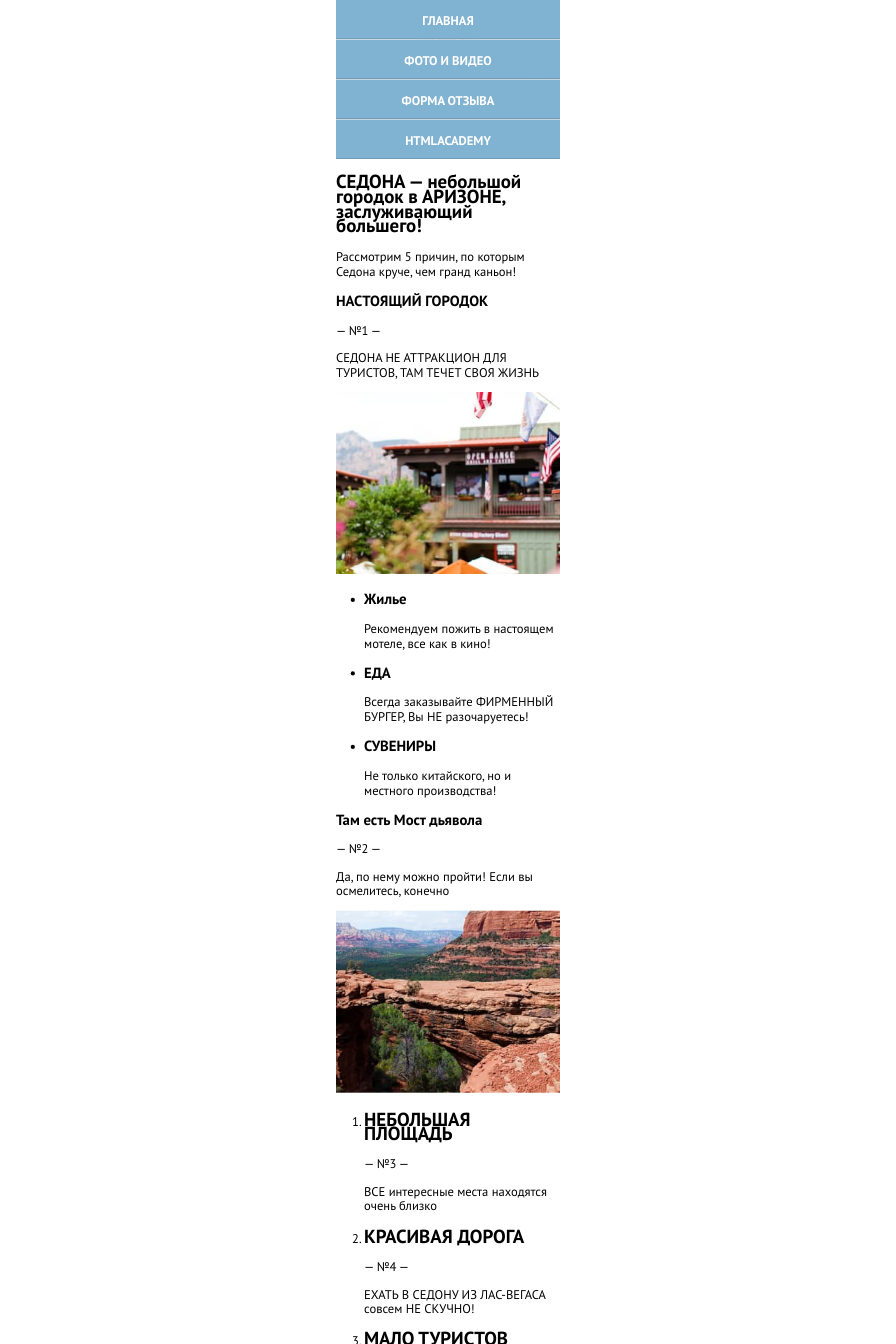
Repository: iKrekus/2149661-sedona-27
Page: source/index.html
An editor plug-in stored every save of this project. The page is shown before and after the next save, followed by the edit.
The browser window is 1280 px wide. The pictures show the part of the page from y = 0 to 1920 px (the page is 2666 px tall), at 70% of full size.
The style sheet was rebuilt from its Sass, Less or Tailwind sources for each picture, by a compiler version that may differ from the author's.

Above is the page before, as saved 2022-12-03 18:35:22.

### source/index.html
<!DOCTYPE html>
<html class="page" lang="ru">
  <head>
    <meta charset="utf-8">
    <link rel="stylesheet" href="css/style.css">
    <title>HTML Academy: Седона</title>
  </head>
<body class="page__body">
  <header class="main-header">
    <a class="main-header__logo">
      <img src="img/logos/logo.svg" width="185" height="96" alt="Логотип 'Седона'.">
    </a>
    <div class="main-nav">
      <button class="main-nav__toggle" type="button">
        <span class="visually-hidden">Меню</span>
        <svg width="23" height="22" viewBox="0 0 23 22" fill="none" xmlns="http://www.w3.org/2000/svg"><path d="M22.9 0H0v4h22.9V0ZM22.9 9H0v4h22.9V9ZM22.9 18H0v4h22.9v-4Z" fill="#81B3D2"/></svg>
      </button>
      <nav class="main-nav__wrapper main-nav__wrapper--hidden">
        <a class="main-nav__item main-nav__item--current" href="index.html">
          Главная
        </a>
        <a class="main-nav__item" href="catalog.html">
          Фото и видео
        </a>
        <a class="main-nav__item" href="form.html">
          Форма отзыва
        </a>
        <a class="main-nav__item" href="https://htmlacademy.ru/">
          HTMLACADEMY
        </a>
      </nav>
    </div>
  </header>
  <main class="main-container">
    <h1 class="visually-hidden">Поиск гостиниц в Седоне</h1>
    <div class="hero-wrapper">
      <section class="hero-block">
        <h2 class="hero-block__title">
          СЕДОНА — небольшой городок в АРИЗОНЕ, заслуживающий большего!
        </h2>
        <p class="hero-block__description">
          Рассмотрим 5 причин, по которым Седона круче, чем гранд каньон!
        </p>
      </section>
    </div>
    <section class="features">
        <h3 class="features__features-title">
          НАСТОЯЩИЙ ГОРОДОК
        </h3>
        <p class="features__features-divider">
          <!--Далее будет сделан через псевдоэлемент Или потом будет выводится, как номер пункта в списке, если переделать features в список-->
          — №1 —
        </p>
        <p class="features__features-title">
          СЕДОНА НЕ АТТРАКЦИОН ДЛЯ ТУРИСТОВ, ТАМ ТЕЧЕТ СВОЯ ЖИЗНЬ
        </p>
      <img src="img/photo/sedona-town-mobile.jpg" alt="Фото Города." width="320" height="260">
    </section>
    <section class="advantages">
      <ul class="advantages__list advantages__list--no-number">
        <li class="advantages__item">
          <h3 class="advantages__title">
            Жилье
          </h3>
          <p class="advantages__description">
            Рекомендуем пожить в настоящем мотеле, все как в кино!
          </p>
        </li>
        <li class="advantages__item">
          <h3 class="advantages__title">
            ЕДА
          </h3>
          <p class="advantages__description">
            Всегда заказывайте ФИРМЕННЫЙ БУРГЕР, Вы НЕ разочаруетесь!
          </p>
        </li>
        <li class="advantages__item">
          <h3 class="advantages__title">
            СУВЕНИРЫ
          </h3>
          <p class="advantages__description">
            Не только китайского, но и местного производства!
          </p>
        </li>
      </ul>
    </section>
    <section class="features">
        <h3 class="features__features-title">
          Там есть Мост дьявола
        </h3>
        <p class="features__features-divider">
          <!--Далее будет сделан через псевдоэлемент Или потом будет выводится, как номер пункта в списке, если переделать features в список-->
          — №2 —
        </p>
        <p class="features__features-title">
          Да, по нему можно пройти! Если вы осмелитесь, конечно
        </p>
      <img src="img/photo/devil-gridge-mobile.jpg" alt="Фото - 'Мост дьявола'." width="320" height="260">
    </section>
    <section class="advantages">
      <ol class="advantages__list">
        <li class="advantages__item">
          <h2 class="advantages__title">
            НЕБОЛЬШАЯ ПЛОЩАДЬ
          </h2>
          <p class="advantages__advantages-divider">
            <!--Далее будет сделан через псевдоэлемент Или потом будет выводится, как номер пункта в списке, если переделать features в список-->
            — №3 —
          </p>
          <p class="advantages__description">
            ВСЕ интересные места находятся очень близко
          </p>
        </li>
        <li class="advantages__item">
          <h2 class="advantages__title">
            КРАСИВАЯ ДОРОГА
          </h2>
          <p class="advantages__advantages-divider">
            <!--Далее будет сделан через псевдоэлемент Или потом будет выводится, как номер пункта в списке, если переделать features в список-->
            — №4 —
          </p>
          <p class="advantages__description">
            ЕХАТЬ В СЕДОНУ ИЗ ЛАС-ВЕГАСА совсем НЕ СКУЧНО!
          </p>
        </li>
        <li class="advantages__item">
          <h2 class="advantages__title">
            МАЛО ТУРИСТОВ
          </h2>
          <p class="advantages__advantages-divider">
            <!--Далее будет сделан через псевдоэлемент Или потом будет выводится, как номер пункта в списке, если переделать features в список-->
            — №5 —
          </p>
          <p class="advantages__description">
            Большинство едет в гранд каньони толпится там
          </p>
        </li>
      </ol>
    </section>
    <section class="action-form">
      <h2 class="action-form__title">Заинтересовались?</h2>
      <p class="action-form__description">Укажите предполагаемые даты поездки,<br>и мы покажем вам лучшие предложения гостиниц в Седоне</p>
      <a class="action-form__link button button-serch" href="#">Поиск гостиницы в седоне</a>
    </section>
    <div class="search-map">
      <img src="img/photo/map-mobile.jpg" alt="Карта." width="320" height="350">
    </div>
  </main>
  <footer class="main-footer">
    <p class="main-footer__title">
      #visitSEDONA
    </p>
      <div class="main-footer__social">
          <a class="main-footer__link button" href="https://vk.com/htmlacademy">
              <span class="visually-hidden">Вконтакте</span>
              <svg aria-hidden="true" focusable="false" width="24" height="14" fill="none" xmlns="http://www.w3.org/2000/svg">
                <path fill-rule="evenodd" clip-rule="evenodd" d="M24.116 1.804c.166-.546 0-.948-.795-.948h-2.625c-.668 0-.976.347-1.143.73 0 0-1.335 3.196-3.226 5.272-.612.602-.89.793-1.224.793-.167 0-.418-.19-.418-.738V1.804c0-.656-.184-.948-.74-.948H9.817c-.417
              0-.668.304-.668.593 0 .621.946.765 1.043 2.513V7.76c0 .833-.153.984-.487.984-.89 0-3.055-3.21-4.34-6.885-.249-.715-.5-1.003-1.172-1.003H1.566c-.75 0-.9.347-.9.73 0 .682.89 4.07 4.145 8.551 2.17 3.06 5.225 4.72 8.008 4.72 1.67 0 1.875-.369
              1.875-1.004V11.54c0-.737.158-.884.687-.884.39 0 1.057.192 2.615 1.667 1.78 1.75 2.073 2.533 3.075 2.533h2.625c.75 0 1.126-.368.91-1.096-.238-.724-1.088-1.775-2.215-3.022-.612-.71-1.53-1.475-1.809-1.858-.389-.49-.278-.71 0-1.147 0 0 3.2-4.426
              3.533-5.929h.001Z" fill="#83B3D3"/>
              </svg>
          </a>
          <a class="main-footer__link button" href="https://t.me/htmlacademy">
              <span class="visually-hidden">Телеграмм</span>
              <svg aria-hidden="true" focusable="false" width="18" height="16" fill="none" xmlns="http://www.w3.org/2000/svg">
                <path d="M16.79.96.84 7.1c-1.09.44-1.08 1.05-.2 1.32l4.1 1.28 9.47-5.98c.44-.27.85-.13.52.17l-7.68 6.93-.28 4.22c.41 0 .6-.2.83-.41l1.99-1.94 4.13 3.06c.77.42 1.31.2 1.5-.71l2.72-12.8c.28-1.1-.43-1.61-1.16-1.28Z" fill="#83B3D3"/>
              </svg>
          </a>
          <a class="main-footer__link button" href="https://www.youtube.com/user/htmlacademyru">
              <span class="visually-hidden">Youtube</span>
              <svg aria-hidden="true" focusable="false" width="22" height="17" fill="none" xmlns="http://www.w3.org/2000/svg">
                <path d="M18.94.356H3.507C1.647.356.333 1.95.333 3.756V13.85c0 1.913 1.314 3.506 3.174 3.506H19.16c1.642 0 3.174-1.593 3.174-3.4v-10.2c-.219-1.806-1.532-3.4-3.393-3.4ZM7.995 12.894V4.819l7.333 4.037-7.333 4.038Z" fill="#83B3D3"/>
              </svg>
          </a>
      </div>
      <div class="copyrirht-footer-wrapper">
        <div class="copyrirht-footer">
          <a class="copyrirht-footer__link" href="https://htmlacademy.ru/">
            <span class="copyrirht-footer__description">Разарботанно</span>
            <span class="visually-hidden">HTML Academy</span>
            <svg xmlns="http://www.w3.org/2000/svg" viewBox="0 0 60 60" width="27" height="34"><path fill="#000000" d="M30.2 5h-.2l-19.7 2.1v36.2l19.7 11.7 19.7-11.7v-36.2l-19.5-2.1zm17 36.8l-17.2 10.2-17.2-10.2v-14.8l17.1 10.2v1.8l-11.7-7v1.8l11.8 7.1v1.9l-11.8-7v1.8l11.8 7 11.9-7.1v-7.6l5.3-3.2v15.1zm-.1-17l-4.7 2.8-2.2 1.3-10.3-6.1v1.8l8.8 5.3h-.1l-.2.1-1.3.7-7.3-4.3v1.8l5.8 3.4-1.4.9-4.3-2.6v1.8l2.9 1.7-2.9 1.7-17-10.1 17-10.2 17.2 10zm.1-1.8l-17.3-10.2-17.1 10.2v-13.6l17.2-1.8 17.2 1.8v13.6z"/></svg>
          </a>
        </div>
      </div>
  </footer>
</body>
</html>

### source/sass/style.scss
// Начните писать стили здесь
@use "./blocks/header/main-header.scss";
@use "./blocks/header/main-container.scss";
@use "./blocks/header/main-nav.scss";

@font-face {
  font-family: "PT sans";
  src: url("../fonts/ptsans.woff") format("woof"), url("../fonts/ptsans.woff2") format("woff2");
  font-style: normal;
  font-weight: 400;
  font-display: swap;
}

@font-face {
  font-family: "PT sans";
  src: url("../fonts/ptsansbold.woff") format("woof"), url("../fonts/ptsansbold.woff2") format("woff2");
  font-style: normal;
  font-weight: 700;
  font-display: swap;
}

.page__body {
  font-family: "PT Sans", sans-serif;
  font-size: 18px;
  font-style: normal;
  font-weight: 400;
  line-height: 21px;
  display: -webkit-box;
  display: -ms-flexbox;
  display: flex;
  -webkit-box-orient: vertical;
  -webkit-box-direction: normal;
  -ms-flex-direction: column;
  flex-direction: column;
  min-height: 100%;
  width: 320px;
  margin: 0 auto;
}

.visually-hidden {
  position: absolute;
  width: 1px;
  height: 1px;
  margin: -1px;
  border: 0;
  padding: 0;
  white-space: nowrap;
  clip-path: inset(100%);
  clip: rect(0 0 0 0);
  overflow: hidden;
}

### source/sass/blocks/header/main-header.scss
.main-header {
  background-color: #ffffff;
  position: relative;
}

.main-header__logo {
  position: absolute;
  z-index: 1;
  left: 50%;
  transform: translateX(-50%);
}

/* .main-header__menu {
  width: 100%;
  min-height: 56px;
} */

### source/sass/blocks/header/main-nav.scss
.main-nav {
  /* width: 100%; */
  min-height: 56px;
  /* padding: 0 20px; */
  display: flex;
  justify-content: center;
  align-items: center;
  position: relative;
}

.main-nav__wrapper {
  display: flex;
  flex-direction: column;
  justify-content: center;
  /* align-items: center; */
  width: 100%;

}

/* .main-nav__wrapper--hidden {
  display: none;
} */

.main-nav__toggle {
  position: absolute;
  right: 20px;
  top: 50%;
  transform: translateY(-50%);
  background: none;
  border: none;
  padding: 0;
  margin: 0;

  /* &:hover + .main-nav__wrapper, */
  &--is-active + .main-nav__wrapper {
    display: block;
  }
}

.main-nav__item {
  text-align: center;
  text-decoration: none;
  padding: 17px 20px 12px;
  box-sizing: border-box;
  font-weight: 700;
  font-size: 18px;
  line-height: 26px;
  text-transform: uppercase;
  color: #ffffff;
  border-bottom: 1px solid #678fa8;
  background-color: #80b2d1;
  z-index: 2;
}
.main-nav__item:not(:first-child) {
  border-top: 1px solid #e7e5e5;
}

Loaded but not shown: source/sass/blocks/header/main-container.scss (no stored copy; drawn as an empty file)

After the next save:
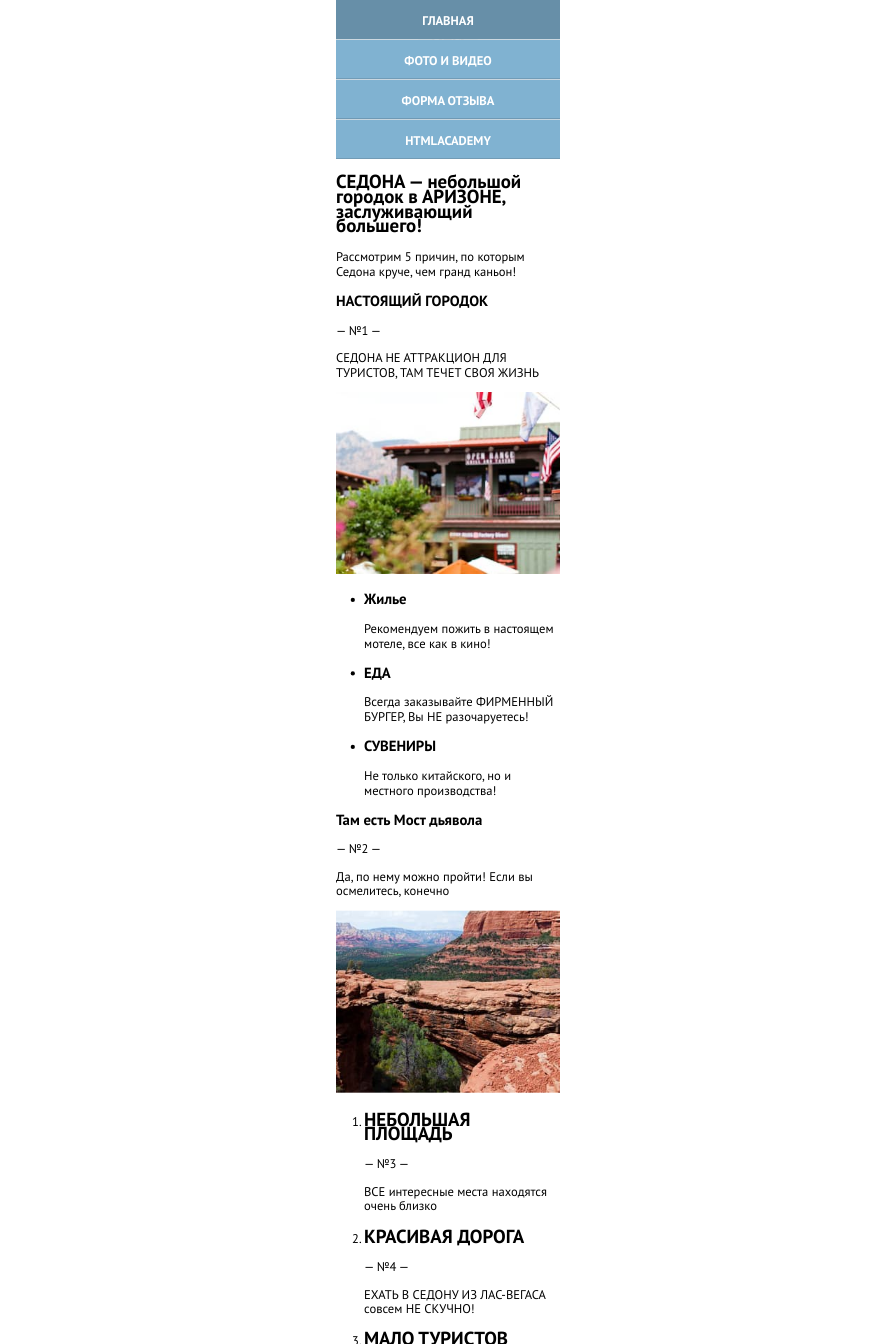
Saved 3 min 12 s later.
--- a/source/sass/blocks/header/main-nav.scss
+++ b/source/sass/blocks/header/main-nav.scss
@@ -50,6 +50,9 @@
   border-bottom: 1px solid #678fa8;
   background-color: #80b2d1;
   z-index: 2;
+  &--current {
+    background-color: #678fa8;
+  }
 }
 .main-nav__item:not(:first-child) {
   border-top: 1px solid #e7e5e5;
